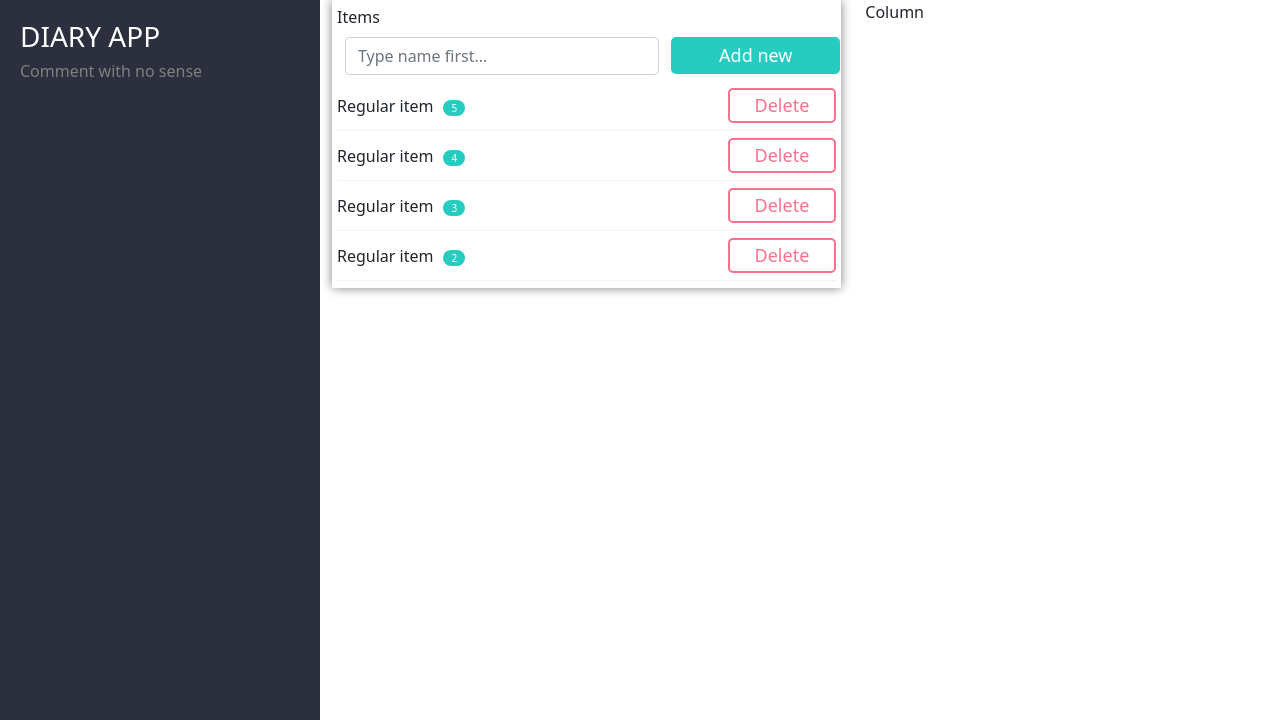
Repository: tsydikov/diary
Page: /
The author's editor kept a copy of each file at every save. The page is drawn from the files as they stood at one save, then again after the next save.
The browser window is 1280 px wide. The pictures show the whole page.
The project was rebuilt for these pictures with package versions that can differ from the ones it lists, and the page was loaded fresh each time.

Above is the page before, as saved 2021-09-10 21:27:20.

After the next save:
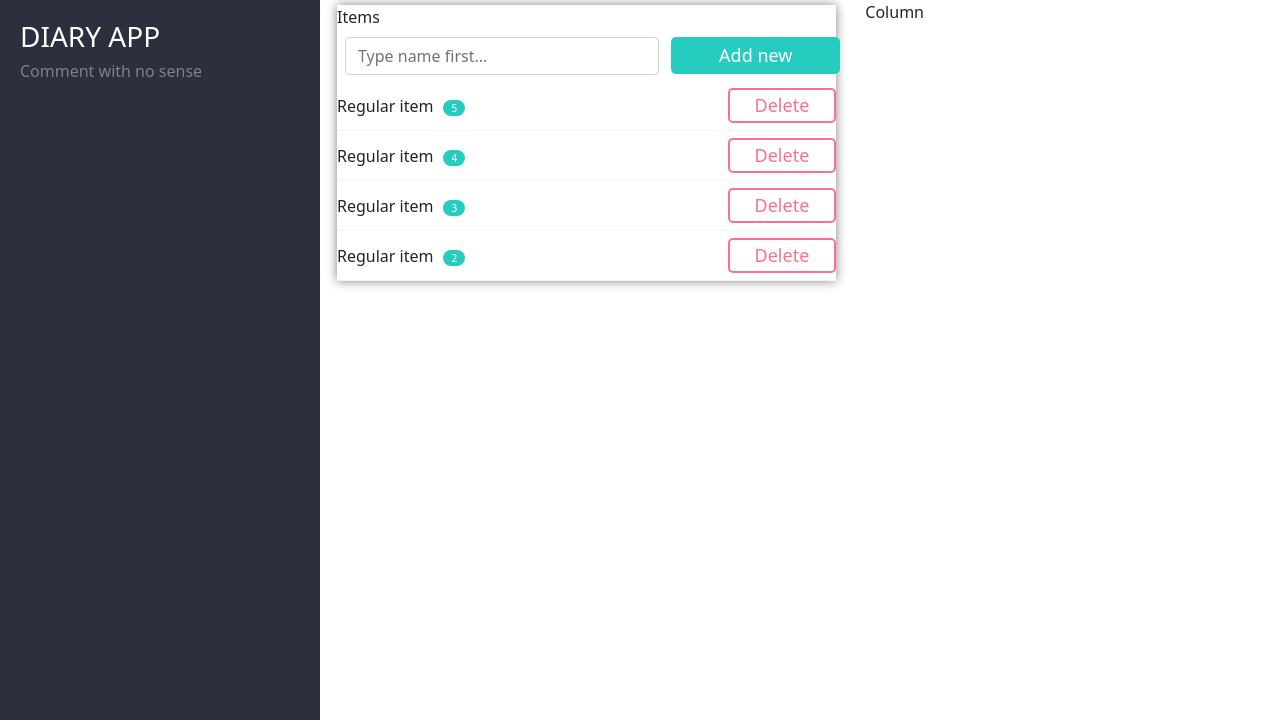
Saved 12 s later.
--- a/src/styles/App.css
+++ b/src/styles/App.css
@@ -35,5 +35,5 @@ hr {
 .items_cotainer {
     box-shadow: 0 0 10px grey;
 
-    padding: 5px;
+    margin: 5px;
 }
